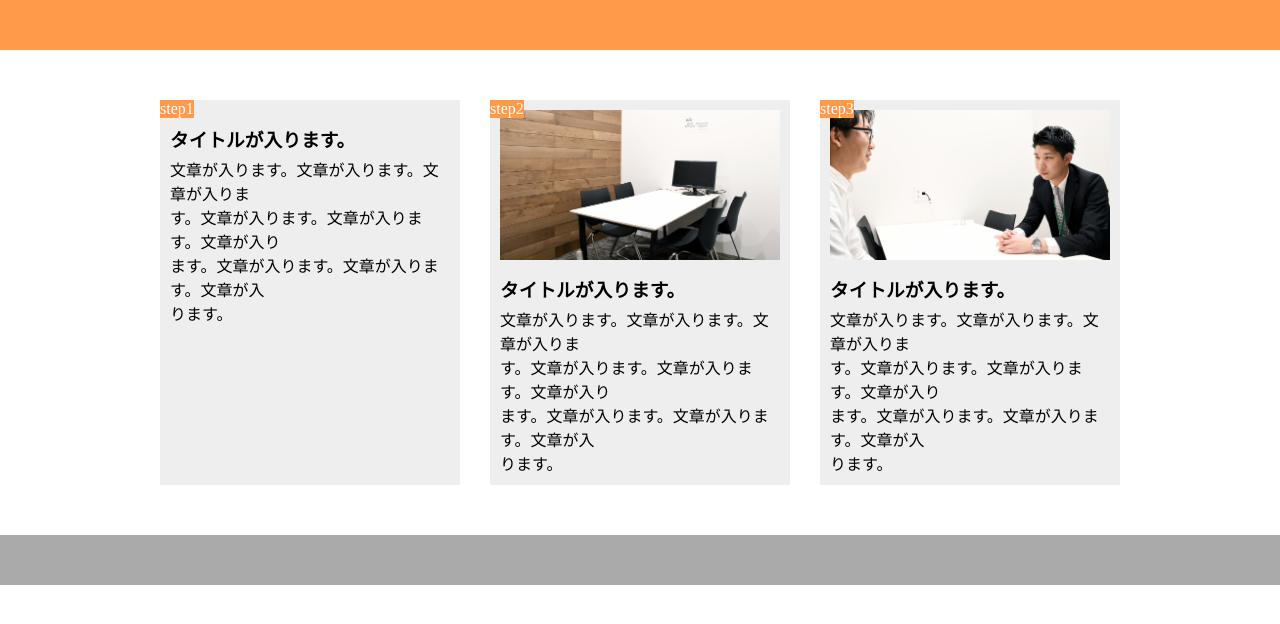
Repository: tkikokiko/webcamp-practice
Page: 1-9/index1-9-2.html
The author's editor kept a record of every edit. The page is drawn from the files as they stood at one moment, then again after the next edit.
The browser window is 1280 px wide. The pictures show the whole page.

Above is the page before.

### 1-9/index1-9-2.html
<!DOCTYPE html>
<html lang="ja">
  <head>
    <meta charset="utf-8" />
    <link rel="stylesheet" href="style1-9-2.css" type="text/css" />
    <title>kadai1-9-2</title>
  </head>

  <body>
    <header></header>

    <main>
      <div class="main-box">
        <p class="main-step">step1</p>
        <div class="main-contents">
          <div class="main-image"></div>
          <h3 class="main-title">タイトルが入ります。</h3>
          <p class="main-text">
            文章が入ります。文章が入ります。文章が入りま <br>
            す。文章が入ります。文章が入ります。文章が入り <br>
            ます。文章が入ります。文章が入ります。文章が入 <br>
            ります。
          </p>
        </div>
      </div>

      <div class="main-box">
        <p class="main-step">step2</p>
        <div class="main-contents">
          <div class="main-image2"></div>
          <h3 class="main-title">タイトルが入ります。</h3>
          <p class="main-text">
            文章が入ります。文章が入ります。文章が入りま <br>
            す。文章が入ります。文章が入ります。文章が入り <br>
            ます。文章が入ります。文章が入ります。文章が入 <br>
            ります。
          </p>
        </div>
      </div>

      <div class="main-box">
        <p class="main-step">step3</p>
        <div class="main-contents">
          <div class="main-image3"></div>
          <h3 class="main-title">タイトルが入ります。</h3>
          <p class="main-text">
            文章が入ります。文章が入ります。文章が入りま <br>
            す。文章が入ります。文章が入ります。文章が入り <br>
            ます。文章が入ります。文章が入ります。文章が入 <br>
            ります。
          </p>
        </div>
      </div>

    </main>

    <footer></footer>

  </body>
</html>

### 1-9/style1-9-2.css
* {
  margin: 0;
  padding: 0;
  box-sizing: border-box;
}

header {
  width: 100%;
  height: 50px;
  background-color: #ff9a4b;
}

main {
  margin: 50px auto;
  width: 960px;
  display: flex;
  justify-content: center;
}

.main-box {
  width: 300px;
  margin-right: 30px;
  padding: 10px;
  background-color: #eeeeee;
  position: relative;
}

.main-box:last-child {
  margin-right: 0;
}

.main-step {
  position: absolute;
  top: 0;
  left: 0;
  color: #ffffff;
  display: inline-block;
  background-color: #ff9a4b;
}

/*.main-contents {*/
/*  width: 300px;*/
/*  padding: 10px;*/
/*}*/

.main-image1 {
  height: 150px;
  padding: 10px;
  background-image: url(img/flow01.png);
  background-size: cover;
  background-position: bottom;
}

.main-image2 {
  height: 150px;
  background-image: url(img/flow02.png);
  background-size: cover;
  background-position: bottom;
}

.main-image3 {
  height: 150px;
  background-image: url(img/flow03.png);
  background-size: cover;
  background-position: bottom;
}

.main-title {
  margin: 15px 0 5px;
  /*display: inline-block;*/
  /*padding-top: 15px;*/
}

/*.main-text {*/
/*  display: inline-block;*/
/*  margin-top: 5px;*/
/*  font-size: 12px;*/
/*}*/


footer {
  width: 100%;
  height: 50px;
  background-color: #aaaaaa;
}

After the next edit:
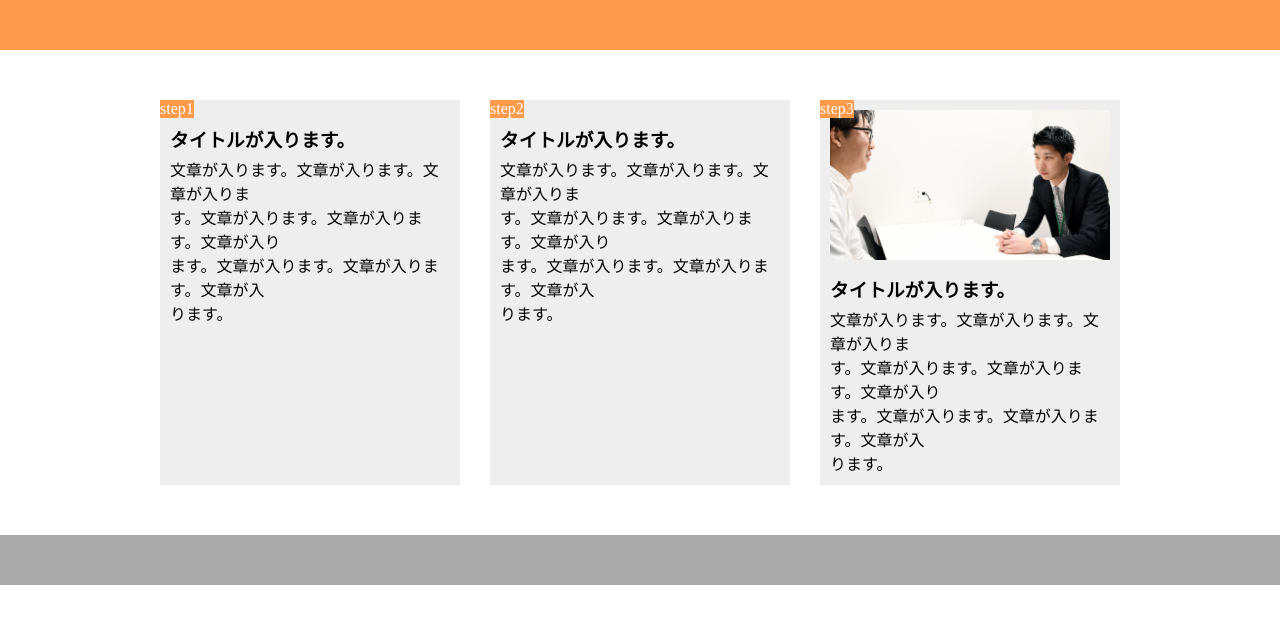
The edit:
--- a/1-9/index1-9-2.html
+++ b/1-9/index1-9-2.html
@@ -27,7 +27,7 @@
       <div class="main-box">
         <p class="main-step">step2</p>
         <div class="main-contents">
-          <div class="main-image2"></div>
+          <div class="main-image"></div>
           <h3 class="main-title">タイトルが入ります。</h3>
           <p class="main-text">
             文章が入ります。文章が入ります。文章が入りま <br>
